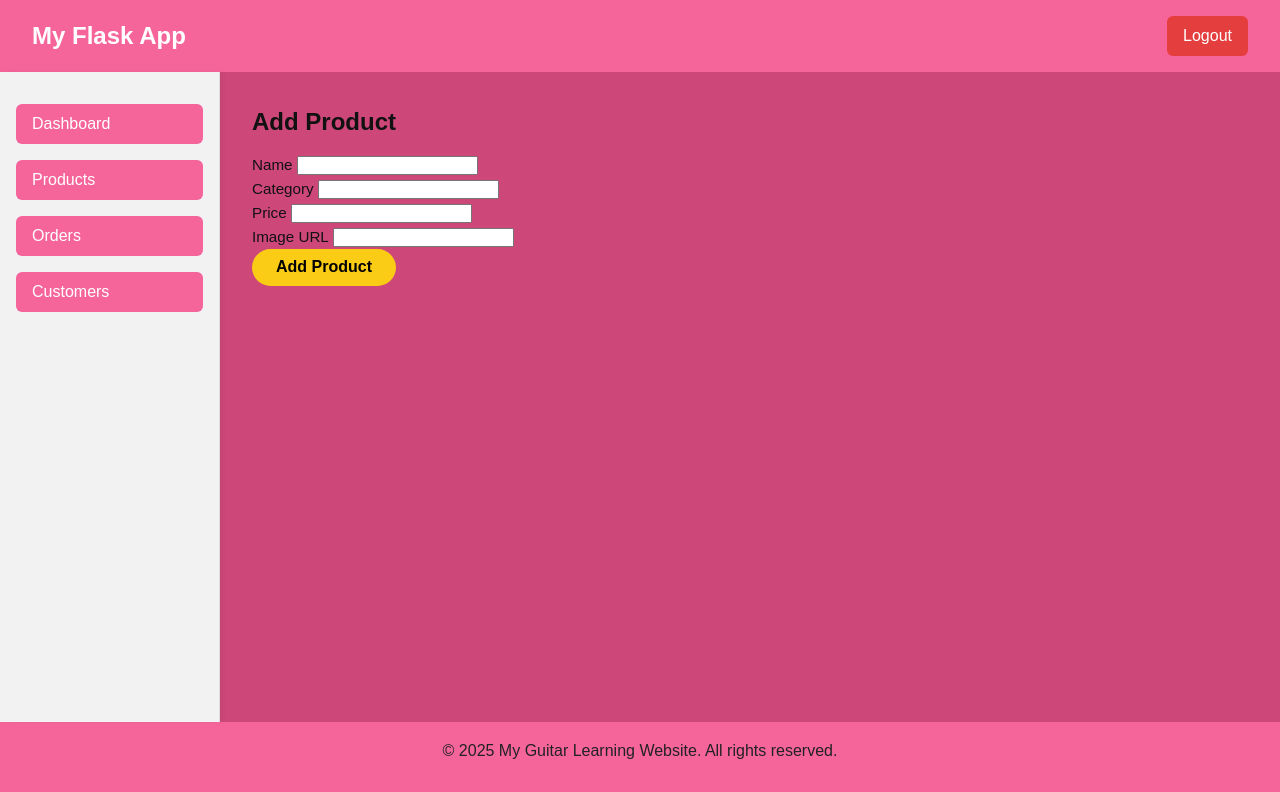
Repository: rywkoo/LearnGuitar
Page: templates/admin/addproduct.html
An editor plug-in stored every save of this project. The page is shown before and after the next save, followed by the edit.
The browser window is 1280 px wide. The pictures show the whole page.
The page is served by the project's application, run on Flask 3 (app.py). Other server files are loaded and not shown. The template is opened directly, without the code that normally fills it, so the values that code supplies are empty.

Above is the page before, as saved 2025-08-25 19:50:41.

### templates/admin/addproduct.html
{% extends "admin/admin_master.html" %}

{% block main_content %}
<div class="container mt-4">
    <h2>Add Product</h2>
    <form method="POST">
        <div class="mb-3">
            <label>Name</label>
            <input type="text" name="name" class="form-control" required>
        </div>
        <div class="mb-3">
            <label>Category</label>
            <input type="text" name="category" class="form-control" required>
        </div>
        <div class="mb-3">
            <label>Price</label>
            <input type="number" name="price" class="form-control" required>
        </div>
        <div class="mb-3">
            <label>Image URL</label>
            <input type="text" name="image" class="form-control" required>
        </div>
        <button class="btn btn-primary" type="submit">Add Product</button>
    </form>
</div>
{% endblock %}

### templates/admin/admin_master.html
<!DOCTYPE html>
<html lang="en">
<head>
  <meta charset="UTF-8">
  <title>{% block title %}My Flask App{% endblock %}</title>
  {% include "css.html" %}
</head>
<body style="margin:0; font-family: sans-serif;">

  <!-- ===== Navbar ===== -->
  <nav style="padding: 1rem 2rem; display: flex; justify-content: space-between; align-items: center; background: #f6659a; color:white;">
    <div class="logo" style="font-weight: 700; font-size: 1.5rem;">My Flask App</div>
    <div class="nav-links" style="display: flex; gap:5px;">
      <a href="/logout" style="padding: 0.5rem 1rem; background: #e53e3e; color:white; border-radius: 6px; text-decoration:none;">Logout</a>
    </div>
  </nav>

  <!-- ===== Layout Wrapper ===== -->
  <div style="display: flex; min-height: calc(100vh - 70px);">

    <!-- ===== Sidebar ===== -->
    <aside style="
      width: 220px;
      background: #f2f2f2;
      padding: 2rem 1rem;
      border-right: 1px solid #ddd;
      box-shadow: 2px 0 6px rgba(0,0,0,0.05);
    ">
      <nav style="display: flex; flex-direction: column; gap: 1rem;">
        <a href="/admin" style="padding: 0.5rem 1rem; border-radius: 6px; background:#f6659a; color:white; text-decoration:none;">Dashboard</a>
        <a href="/admin/products" style="padding: 0.5rem 1rem; border-radius: 6px; background:#f6659a; color:white; text-decoration:none;">Products</a>
        <a href="/admin/orders" style="padding: 0.5rem 1rem; border-radius: 6px; background:#f6659a; color:white; text-decoration:none;">Orders</a>
        <a href="/admin/customers" style="padding: 0.5rem 1rem; border-radius: 6px; background:#f6659a; color:white; text-decoration:none;">Customers</a>
      </nav>
    </aside>

    <!-- ===== Main Content ===== -->
    <main style="flex: 1; padding: 2rem;">
      {% block main_content %}
      <!-- Page content will go here -->
      {% endblock %}
    </main>

  </div>

  <!-- ===== Footer ===== -->
  <footer style="text-align: center; padding: 1rem 1rem; background: #f6659a; color:white; border-top: 1px solid #f6659a;">
    <p>&copy; 2025 My Guitar Learning Website. All rights reserved.</p>
  </footer>

  {% include "script.html" %}

  <script src="https://unpkg.com/vue@3/dist/vue.global.js"></script>
</body>
</html>

### templates/css.html
<!-- css.html -->
<link rel="stylesheet" href="{{ url_for('static', filename='css/btn.css') }}">
<link rel="stylesheet" href="{{ url_for('static', filename='css/card.css') }}">
<link rel="stylesheet" href="{{ url_for('static', filename='css/input.css') }}">
<link rel="stylesheet" href="{{ url_for('static', filename='css/typography.css') }}">
<link rel="stylesheet" href="{{ url_for('static', filename='css/style.css') }}">
<link rel="stylesheet" href="{{ url_for('static', filename='css/animation.css') }}">
<link rel="stylesheet" href="{{ url_for('static', filename='css/lesson.css') }}">
<link rel="stylesheet" href="{{ url_for('static', filename='css/shop.css') }}">

### templates/script.html
<script src="https://cdn.jsdelivr.net/npm/sweetalert2@11"></script>
<script>
  // ===== Background Slider =====
  (function() {
    const bgSlider = document.querySelector('.hero-left .hero-bg-slider');
    if (!bgSlider) return; // Exit if element doesn't exist

    const images = [
      'https://www.uk-anime.net/images/bocchimain.png',
      'https://www.cnet.com/a/img/resize/3b4b3e192a9d75bd060ba4debe8d13a14caef990/hub/2024/07/06/b6981ace-771d-4971-8a9e-60e8c83bc66e/bocchi-the-rock-photo-1.jpg?auto=webp&fit=crop&height=900&width=1200',
      'https://www.uk-anime.net/images/bocchimain.png',
      'https://www.cnet.com/a/img/resize/3b4b3e192a9d75bd060ba4debe8d13a14caef990/hub/2024/07/06/b6981ace-771d-4971-8a9e-60e8c83bc66e/bocchi-the-rock-photo-1.jpg?auto=webp&fit=crop&height=900&width=1200'
    ];

    let current = 0;

    function changeBackground() {
      bgSlider.style.backgroundImage = `url(${images[current]})`;
      current = (current + 1) % images.length;
    }

    changeBackground();
    setInterval(changeBackground, 5000);
  })();
</script>

<script>
  // ===== Quantity Adjust =====
  function adjustQty(delta) {
    const input = document.getElementById('quantityInput');
    if (!input) return; // Exit if element doesn't exist

    let value = parseInt(input.value);
    if (!isNaN(value)) {
      input.value = Math.max(1, value + delta);
    }
  }
</script>

### app.py
from flask import Flask, render_template, request, redirect, url_for, flash, session, jsonify
from flask_mail import Mail, Message
import json
import requests
from datetime import date
from dotenv import load_dotenv
import os
from reportlab.lib.pagesizes import letter
from reportlab.pdfgen import canvas

app = Flask(__name__)
app.secret_key = "741e4fa4-f067-4aec-b48d-deb18e9cca92"

import route

@app.route("/components")
def components():
    return render_template("component.html")

if __name__ == "__main__":
    app.run(debug=True)

### static/css/btn.css
.btn {
  display: inline-block;
  padding: 0.6rem 1.5rem;
  border-radius: 9999px;  /* fully rounded */
  border: none;
  cursor: pointer;
  font-weight: 600;
  text-decoration: none;
  transition: background 0.2s, box-shadow 0.2s;
  font-size: 1rem;

  /* Add shadow */
/* flat shadow downwards */
}

/* Optional: hover effect (slightly stronger shadow) */
.btn:hover {
  box-shadow: 0 3px 0 #45454576;
}

/* Primary: Yellow bg, black text */
.btn-primary {
  background: #facc15;
  color: #000;
}

/* Secondary: Blue bg, white text */
.btn-secondary {
  background: #3b82f6;
  color: #fff;
}

/* Danger: Red bg, white text */
.btn-danger {
  background: #ef4444;
  color: #fff;
}

### static/css/card.css
/* ===== Base Card Component ===== */
.card {
  border-radius: 16px;       /* rounded corners */
  padding: 1.5rem;
  margin-bottom: 1.5rem;
  transition: box-shadow 0.3s, transform 0.2s;
  color: #111;               /* default text color */
  box-shadow: 0 4px 0 #888888; /* default flat shadow */
}

.card:hover {
  transform: translateY(-2px);
  box-shadow: 0 6px 0 #888888; /* slightly longer shadow on hover */
}

/* ===== Card Variants ===== */

/* Primary - Pink */
.card-pink {
  background: #f6659a;       /* light pink */
  box-shadow: 0 4px 0 #d35c7f;
}
.card-pink:hover {
  box-shadow: 0 6px 0 #af4d6b;
}

/* Secondary - Yellow */
.card-yellow {
  background: #facc15;       /* yellow */
  box-shadow: 0 4px 0 #d4a90f;
}
.card-yellow:hover {
  box-shadow: 0 6px 0 #e0b01a;
}

/* Danger/Accent - Blue */
.card-blue {
  background: #3b82f6;       /* blue */
  color: #fff;               /* white text for contrast */
  box-shadow: 0 4px 0 #2563eb;
}
.card-blue:hover {
  box-shadow: 0 6px 0 #1d4ed8;
}

/* Card header */
.card h2 {
  font-size: 1.25rem;
  margin-bottom: 0.8rem;
}

/* Card paragraph/text */
.card p {
  font-size: 1rem;
}

### static/css/input.css
/* ===== Input Fields ===== */
* {
  margin: 0;
  padding: 0;
  box-sizing: border-box; /* ensures padding is included in width */
}


.input {
  width: 100%;
  padding: 0.6rem 1rem;
  border: 2px solid #bababa;   /* gray border matching shadow */
  border-radius: 9999px;       /* fully rounded, like buttons */
  background: #ffffff;         /* very light pink background */
  font-size: 1rem;
  outline: none;
  transition: border-color 0.2s, box-shadow 0.2s;
  color: #111;                 /* dark text */
}

### static/css/typography.css
/* ===== Global Text Settings ===== */
body {
  font-family: 'Segoe UI', Tahoma, Geneva, Verdana, sans-serif;
  color: #111;       /* dark text for readability */
  line-height: 1.5;
  background: #fffafc; /* subtle light background */
}

/* ===== Headings ===== */
h1 {
  font-size: 2rem;
  font-weight: 700;
  margin-bottom: 1rem;
  color: #111;
}

h2 {
  font-size: 1.5rem;
  font-weight: 600;
  margin-bottom: 0.8rem;
  color: #111;
}

h3 {
  font-size: 1.25rem;
  font-weight: 500;
  margin-bottom: 0.6rem;
  color: #111;
}

/* ===== Paragraphs ===== */
p {
  font-size: 1rem;
  margin-bottom: 0.8rem;
  color: #222;  /* slightly lighter than headings */
}

/* ===== Labels ===== */
label {
  font-size: 0.95rem;
  font-weight: 500;
  color: #111;
}

/* ===== Links ===== */
a {
  text-decoration: none;
  transition: color 0.2s;
}

a:hover {
  text-decoration: none;
}

/* ===== Small Text ===== */
small {
  font-size: 0.85rem;
  color: #555;
}

/* ===== Button Text ===== */
.btn {
  font-family: inherit; /* use same font as body */
  font-weight: 600;
  font-size: 1rem;
  text-align: center;
}

### static/css/style.css
body {
    background-color: #cd4778;
}

### static/css/animation.css

/* Animate background position horizontally */
@keyframes slideBg {
  0% { background-position: 0% center; }
  25% { background-position: 100% center; }
  50% { background-position: 200% center; }
  75% { background-position: 300% center; }
  100% { background-position: 400% center; }
}

### static/css/lesson.css
/* ===== Lesson Cards ===== */
.lesson-card {
  display: flex;
  align-items: center;
  gap: 1rem;
  padding: 1rem 1.5rem;
  border-radius: 16px;
  box-shadow: 0 4px 0 #888888; /* flat shadow downward */
  background: #fff;
  transition: transform 0.2s, box-shadow 0.2s;
}

.lesson-card:hover {
  transform: translateY(-3px);
  box-shadow: 0 6px 0 #666666;
}

/* Lesson image on the left */
.lesson-image img {
  width: 100px;
  height: 100px;
  object-fit: cover;
  border-radius: 8px;
}

/* Title in the middle */
.lesson-title {
  flex: 1;
  font-size: 1.2rem;
  color: #111;
}

/* Button on the right */
.lesson-action .btn {
  padding: 0.5rem 1.2rem;
  font-size: 1rem;
}

/* Optional: responsive for small screens */
@media (max-width: 600px) {
  .lesson-card {
    flex-direction: column;
    align-items: flex-start;
  }
  .lesson-action {
    width: 100%;
    margin-top: 0.5rem;
  }
}

### static/css/shop.css
/* ===== Shop Container ===== */
.shop-container {
  display: flex;
  gap: 2rem;
  padding: 2rem;
  max-width: 100vw;    /* use full viewport width */
  margin: 0 auto;      /* center horizontally */
  box-sizing: border-box;
}

/* ===== Shop Sidebar ===== */
.shop-sidebar {
  width: 250px;              /* fixed width */
  flex-shrink: 0;            /* don't shrink */
  background: #f5f5f5;       /* light gray background */
  padding: 1.5rem;
  border-radius: 16px;
  box-shadow: 0 4px 0 #ccc;  /* flat shadow downward */
  display: flex;
  flex-direction: column;
  gap: 1.5rem;
  position: sticky;
  top: 1rem;                 /* stick to top when scrolling */
  height: fit-content;
}

/* Sidebar headings */
.shop-sidebar h3 {
  font-size: 1.1rem;
  font-weight: 600;
  color: #111;
  margin-bottom: 0.5rem;
}

/* Inputs inside sidebar */
.shop-sidebar input[type="text"],
.shop-sidebar input[type="checkbox"] {
  margin-bottom: 0.5rem;
}

/* Checkbox labels */
.shop-sidebar label {
  display: flex;
  align-items: center;
  gap: 0.5rem;
  font-size: 0.9rem;
  color: #111;
  cursor: pointer;
}

/* Filter button */
.shop-sidebar .btn-filter {
  background: #3b82f6;       /* blue button */
  color: #fff;
  padding: 0.6rem 1rem;
  border-radius: 12px;
  font-weight: 600;
  border: none;
  cursor: pointer;
  transition: background 0.2s, box-shadow 0.2s;
}

.shop-sidebar .btn-filter:hover {
  background: #2563eb;
  box-shadow: 0 3px 0 #666;
}

/* ===== Shop Products Grid ===== */
.shop-products {
  display: grid;
  grid-template-columns: repeat(auto-fill, minmax(250px, 1fr));
  gap: 1rem;
  flex: 1; /* take remaining space next to sidebar */
}

/* ===== Shop / Instrument Card ===== */
.shop-card {
  display: flex;
  flex-direction: column;
  align-items: center;
  gap: 0.5rem;
  padding: 1rem;
  border-radius: 16px;
  box-shadow: 0 4px 0 #888888; /* flat shadow downward */
  background: #fff;
  transition: transform 0.2s, box-shadow 0.2s;
}

.shop-card:hover {
  transform: translateY(-3px);
  box-shadow: 0 6px 0 #666666;
}

/* Category badge */
.shop-card .shop-category {
  padding: 0.2rem 0.6rem;
  border-radius: 12px;
  background-color: #facc15; /* yellow badge */
  color: #111;
  font-size: 0.8rem;
  font-weight: 600;
  text-transform: uppercase;
}

/* Instrument image */
.shop-card img {
  width: 100%;
  aspect-ratio: 1 / 1; /* keep square */
  object-fit: cover;
  border-radius: 12px;
}

/* Instrument title */
.shop-card .shop-title {
  font-size: 1.1rem;
  font-weight: 600;
  text-align: center;
  color: #111;
}

/* Price */
.shop-card .shop-price {
  font-size: 1rem;
  font-weight: 500;
  color: #444;
}

/* Add to Cart button */
.shop-card .btn-add {
  padding: 0.5rem 1rem;
  margin-top: 0.5rem;
  width: 100%;
  text-align: center;
  border-radius: 12px;
}

/* ===== Responsive adjustments ===== */
@media (max-width: 900px) {
  .shop-container {
    flex-direction: column;
  }

  .shop-sidebar {
    width: 100%;
    position: relative;
    top: auto;
    box-shadow: none;
    border-radius: 0;
    padding: 1rem 0;
  }

  .shop-products {
    grid-template-columns: repeat(auto-fill, minmax(200px, 1fr));
  }
}

@media (max-width: 600px) {
  .shop-products {
    grid-template-columns: 1fr;
  }
}

After the next save:
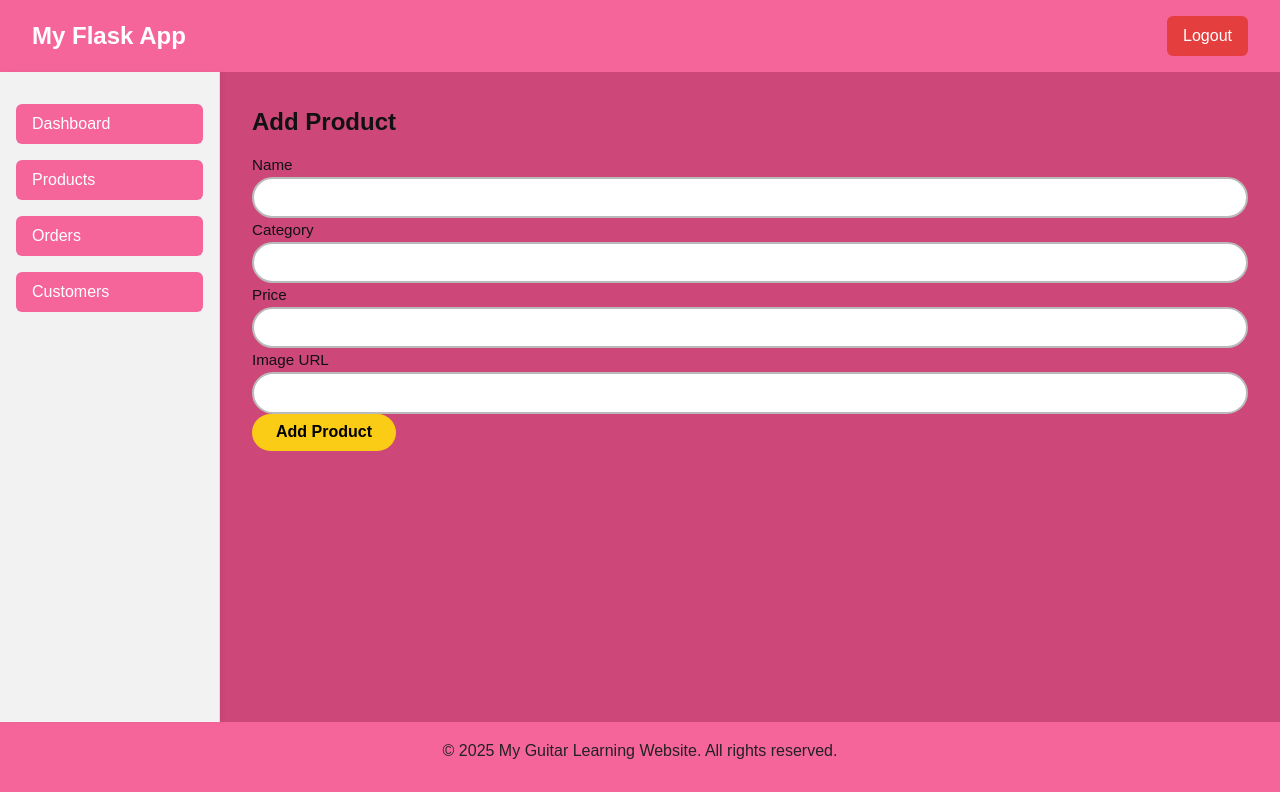
Saved 2 min 1 s later.
--- a/templates/admin/addproduct.html
+++ b/templates/admin/addproduct.html
@@ -6,19 +6,19 @@
     <form method="POST">
         <div class="mb-3">
             <label>Name</label>
-            <input type="text" name="name" class="form-control" required>
+            <input class="input" type="text" name="name" class="form-control" required>
         </div>
         <div class="mb-3">
             <label>Category</label>
-            <input type="text" name="category" class="form-control" required>
+            <input class="input" type="text" name="category" class="form-control" required>
         </div>
         <div class="mb-3">
             <label>Price</label>
-            <input type="number" name="price" class="form-control" required>
+            <input class="input" type="number" name="price" class="form-control" required>
         </div>
         <div class="mb-3">
             <label>Image URL</label>
-            <input type="text" name="image" class="form-control" required>
+            <input class="input" type="text" name="image" class="form-control" required>
         </div>
         <button class="btn btn-primary" type="submit">Add Product</button>
     </form>
